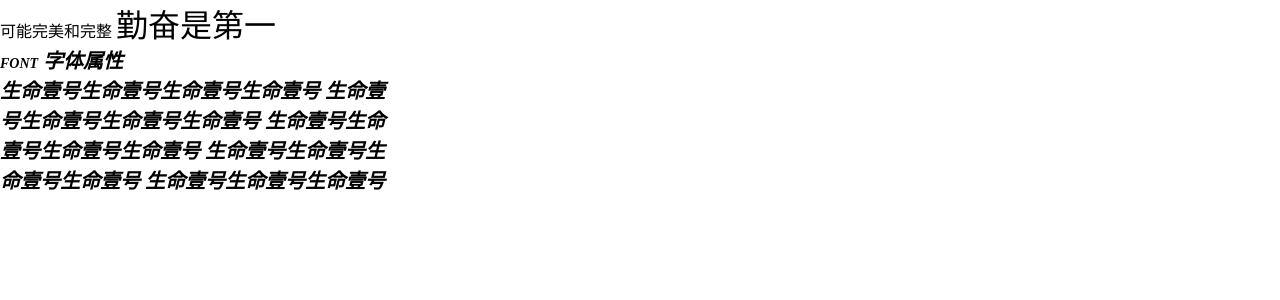
Repository: yuquan1006/-
Page: 02_css/demo.html
The author's editor kept a copy of each file at every save. The page is drawn from the files as they stood at one save, then again after the next save.
The browser window is 1280 px wide. The pictures show the whole page.

Above is the page before, as saved 2023-06-26 10:48:39.

After the next save:
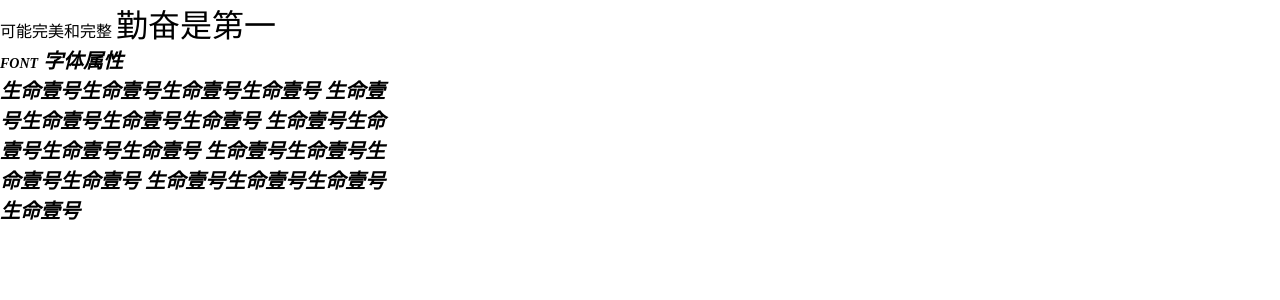
Saved 4 s later.
--- a/02_css/demo.html
+++ b/02_css/demo.html
@@ -48,7 +48,7 @@
             生命壹号生命壹号生命壹号生命壹号
             生命壹号生命壹号生命壹号生命壹号
             生命壹号生命壹号生命壹号生命壹号
-            生命壹号生命壹号生命壹号
+            生命壹号生命壹号生命壹号生命壹号
         </p>
     </div>
 
